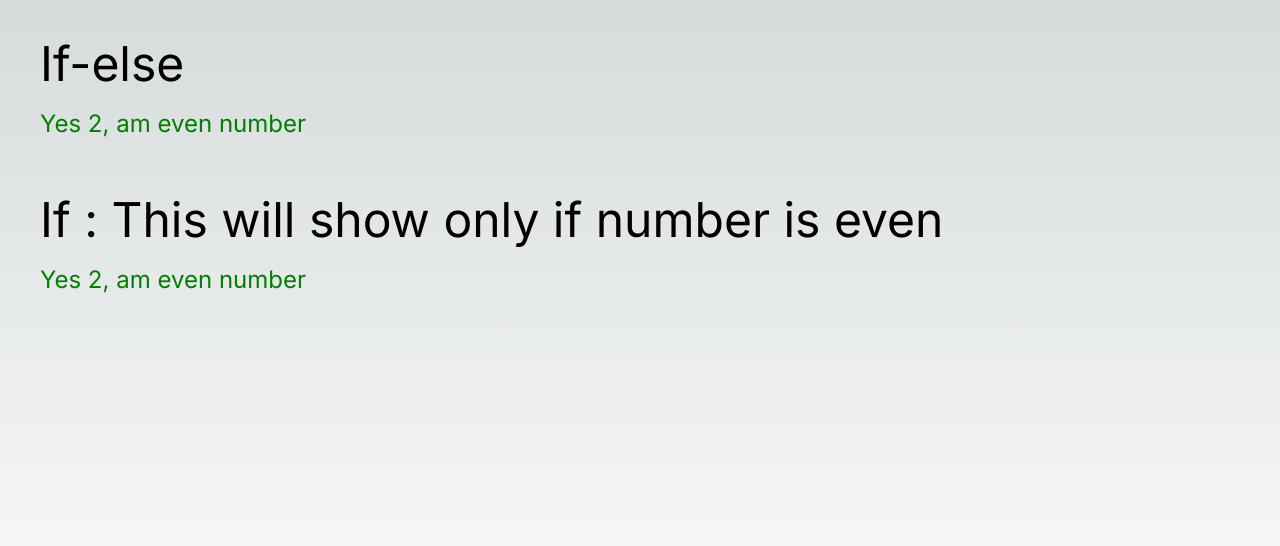
Repository: chapeee/learnNextBella
Page: / (app in basicconcepts/)
These files come from the project's save history. The page is drawn as it stood at one moment and after the next save; the edit follows.
The browser window is 1280 px wide. The pictures show the whole page.
The project was rebuilt for these pictures with package versions that can differ from the ones it lists, and the page was loaded fresh each time. The framework's server and built-in components were replaced by stand-ins that run in the browser. Also part of the build but not shown: basicconcepts/next.config.mjs.

Above is the page before, as saved 2024-03-22 21:02:44.

### basicconcepts/src/app/page.tsx
import Image from "next/image";
import ConditionRendering from "./Components/ConditionRendering";

export default function Home() {
  return (
    <main className="min-h-screen p-10">
      {/* Conditional Rendering */}

      <ConditionRendering />

    </main>
  );
}

### basicconcepts/src/app/Components/ConditionRendering.tsx
"use client" //remove use client if you want to see the GOD
import React, { useState, useEffect } from 'react'


export default function ConditionRendering() {
    const [isEvenNumber, setisEvenNumber] = useState<boolean>(false)
    const [numberEvenOrOdd, setnumberEvenOrOdd] = useState<number>(2) // update this number to anything and check the output

    //checing if number if even
    const isNumberEven = () => {
        setisEvenNumber(numberEvenOrOdd % 2 === 0)
    }

    // just using it to run of page load
    useEffect(() => {
        isNumberEven()
    }, [])


    return (
        <div className='container m-auto'>

            <h1 className="text-5xl">If-else</h1>
            <div className="mt-5">
                {
                    //checking condition (if)
                    isEvenNumber ? (
                        <div className='text-[green] text-2xl'>Yes {numberEvenOrOdd}, am even number</div>
                    )
                        // else
                        : (
                            <div className='text-[red] text-2xl'>So sad {numberEvenOrOdd}, am not even number</div>
                        )

                }
            </div>

<div className="mt-14">
<h1 className="text-5xl">If : This will show only if number is even</h1>
            <div className="mt-5">
                {
                    //checking condition (if)
                    isEvenNumber && (
                        <div className='text-[green] text-2xl'>Yes {numberEvenOrOdd}, am even number</div>
                    )

                }
            </div>
</div>



        </div>
    )
}

Loaded but not shown: basicconcepts/src/app/layout.tsx (common file); basicconcepts/src/app/globals.css (common file); basicconcepts/tailwind.config.ts (common file)

After the next save:
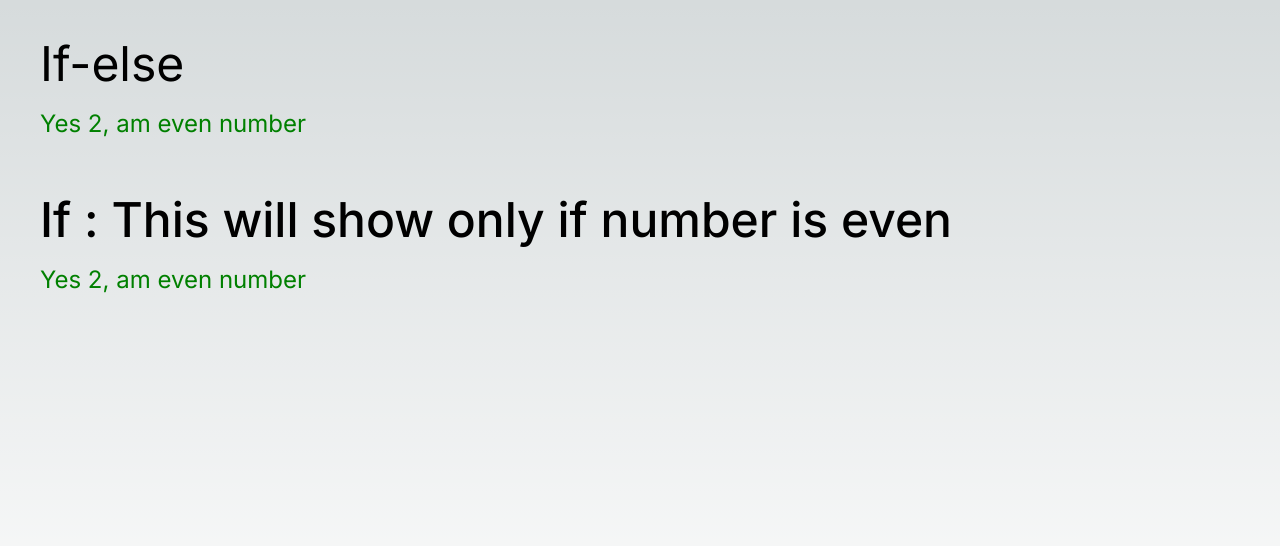
Saved 9 s later.
--- a/basicconcepts/src/app/Components/ConditionRendering.tsx
+++ b/basicconcepts/src/app/Components/ConditionRendering.tsx
@@ -36,7 +36,7 @@ export default function ConditionRendering() {
             </div>
 
 <div className="mt-14">
-<h1 className="text-5xl">If : This will show only if number is even</h1>
+<h1 className="text-5xl font-medium">If : This will show only if number is even</h1>
             <div className="mt-5">
                 {
                     //checking condition (if)
